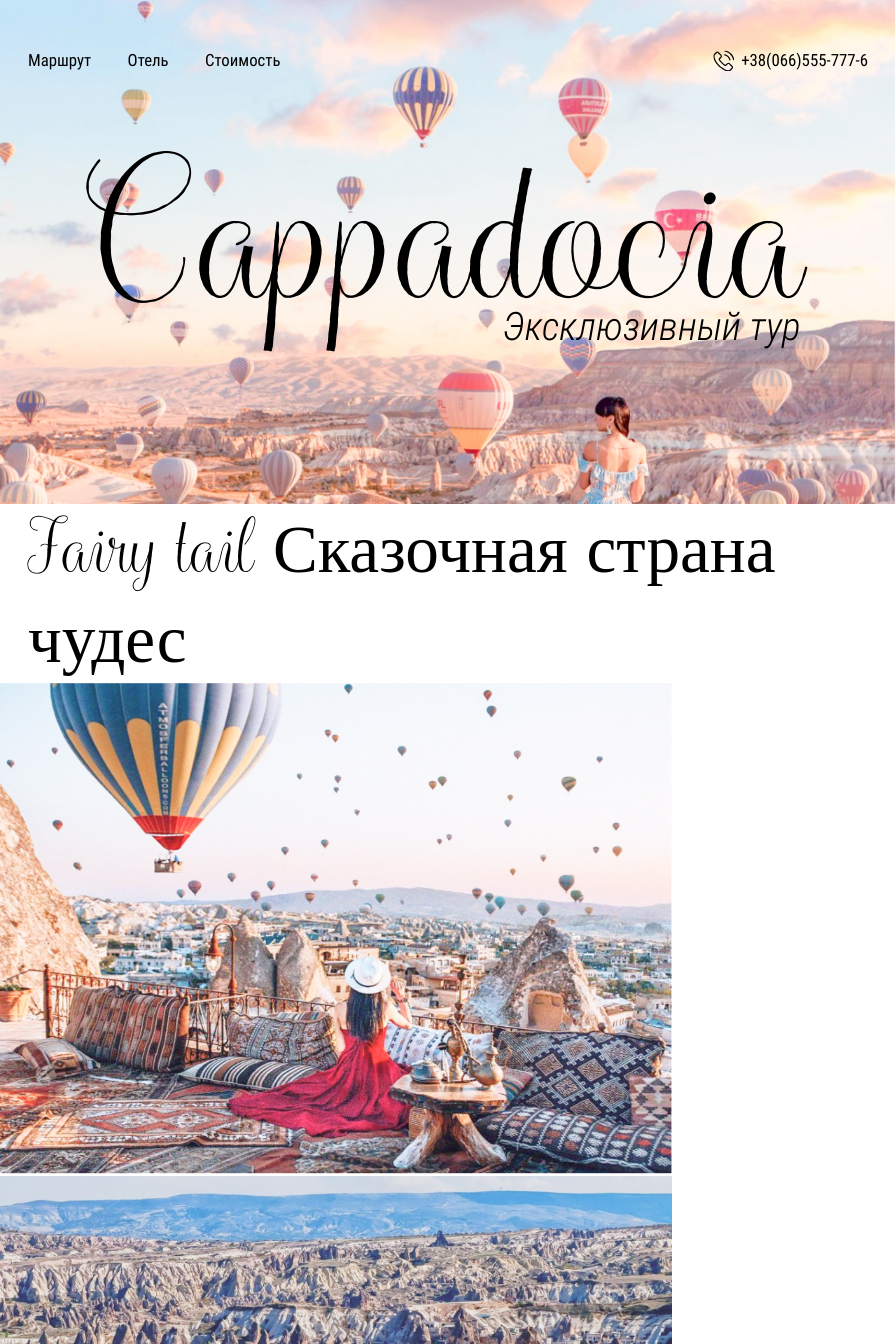
Repository: Lareeman/cappadocia
Page: index.html
An editor plug-in stored every save of this project. The page is shown before and after a run of saves, followed by the edit.
The browser window is 1280 px wide. The pictures show the part of the page from y = 0 to 1920 px (the page is 3540 px tall), at 70% of full size.

Above is the page before, as saved 2024-01-27 10:57:27.

After the next 2 saves:
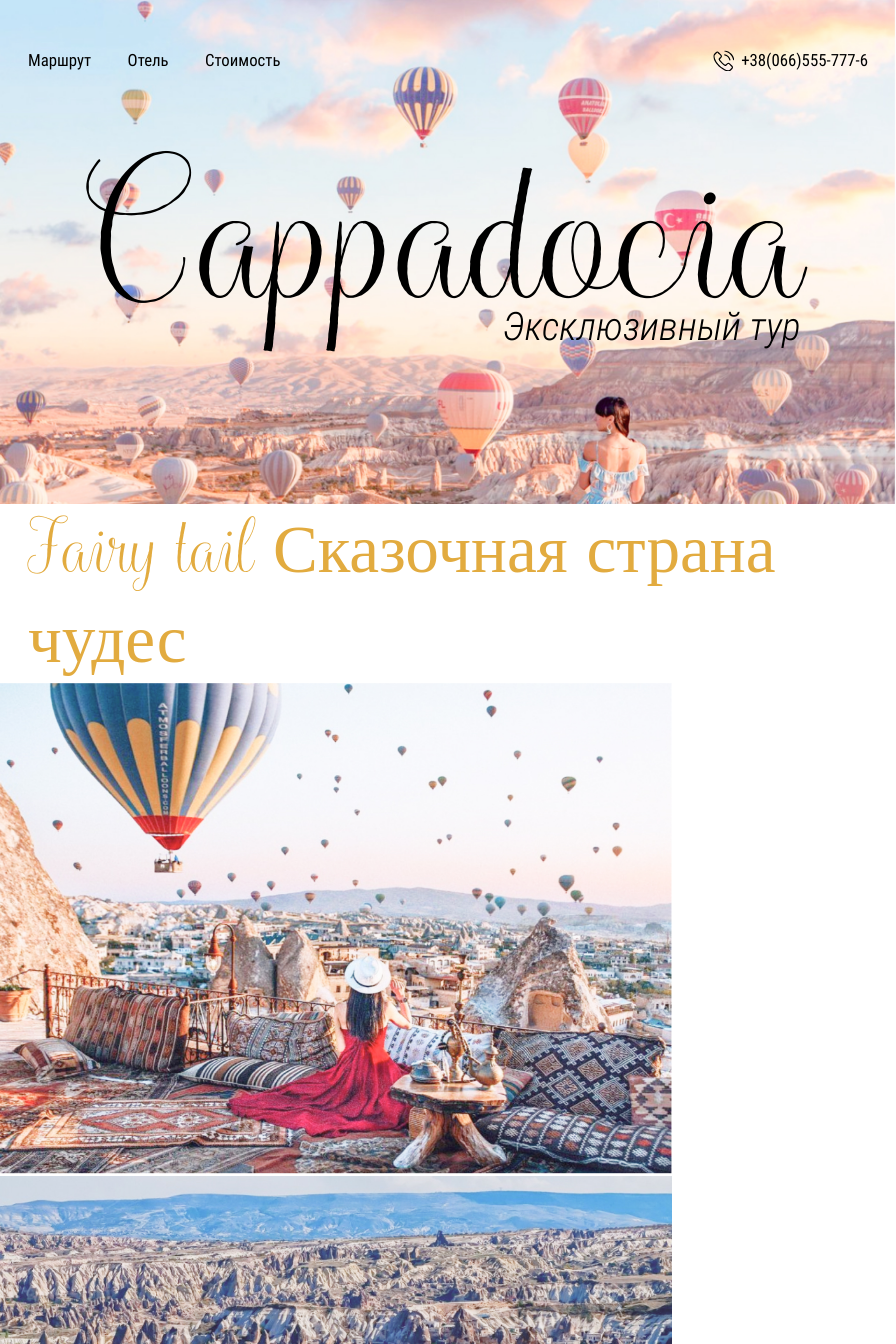
The 2 saves are shown as one change because they came seconds apart.
The last was saved 6 s later.
--- a/css/style.css
+++ b/css/style.css
@@ -156,7 +156,7 @@ body {
 .fairy__title {}
 
 .title {
-  color: var;
+  color: var(--gold);
   font-family: Balqis;
   font-size: 96px;
   font-style: normal;
